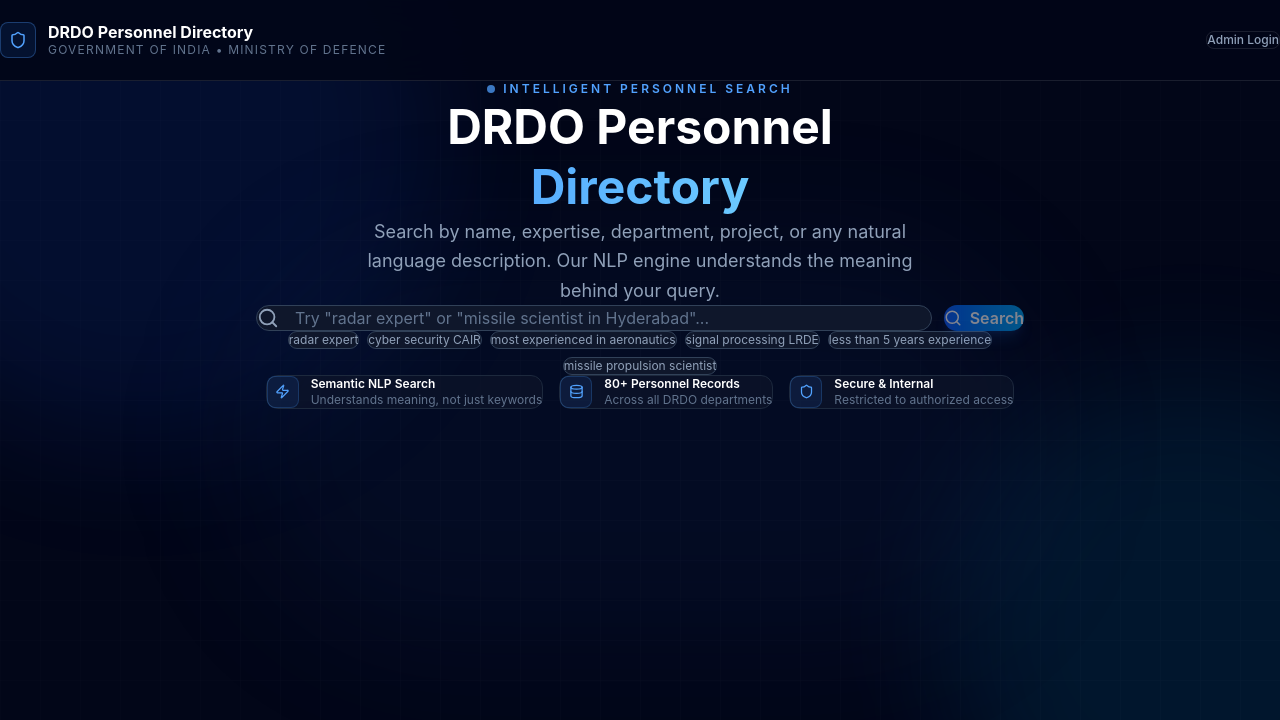
Repository: Mandeepigdtuw/DRDO-Directory
Page: / (app in frontend/)
The author's editor kept a copy of each file at every save. The page is drawn from the files as they stood at one save, then again after the next save.
The browser window is 1280 px wide. The pictures show the whole page.
The project was rebuilt for these pictures with package versions that can differ from the ones it lists, and the page was loaded fresh each time. Also part of the build but not shown: frontend/vite.config.js, frontend/src/components/PersonnelCard.jsx, frontend/src/components/ProfileModal.jsx, frontend/src/pages/AdminLogin.jsx, frontend/src/pages/AdminDashboard.jsx, frontend/src/pages/ManagePersonnel.jsx, frontend/src/pages/AddPersonnel.jsx, frontend/src/pages/EditPersonnel.jsx and 2 more.

Above is the page before, as saved 2026-07-23 02:40:42.

After the next save:
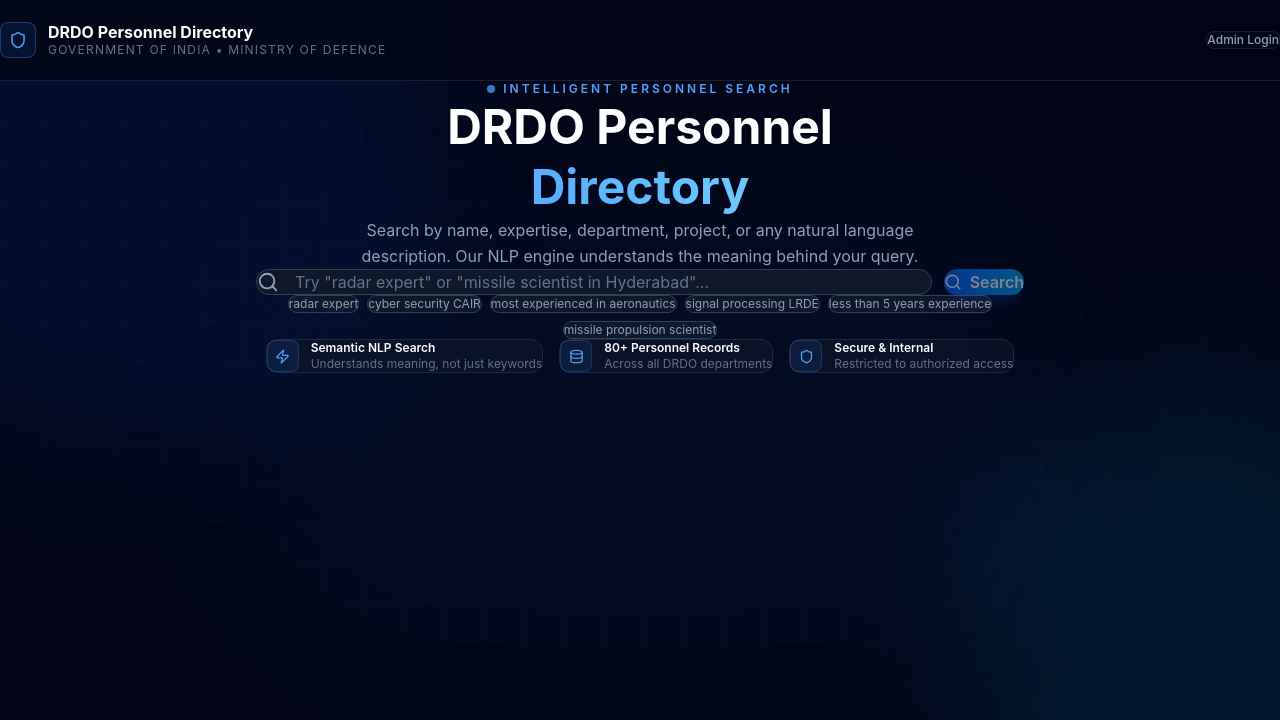
Saved 31 s later.
--- a/frontend/src/pages/SearchPage.jsx
+++ b/frontend/src/pages/SearchPage.jsx
@@ -165,7 +165,7 @@
           </h1>
 
           {/* Subtitle */}
-          <p className="text-slate-400 text-center text-base sm:text-lg max-w-xl leading-relaxed mb-10">
+          <p className="text-slate-400 text-center text-base sm:text-md max-w-xl leading-relaxed mb-10">
             Search by name, expertise, department, project, or any natural language description.
             Our NLP engine understands the meaning behind your query.
           </p>
